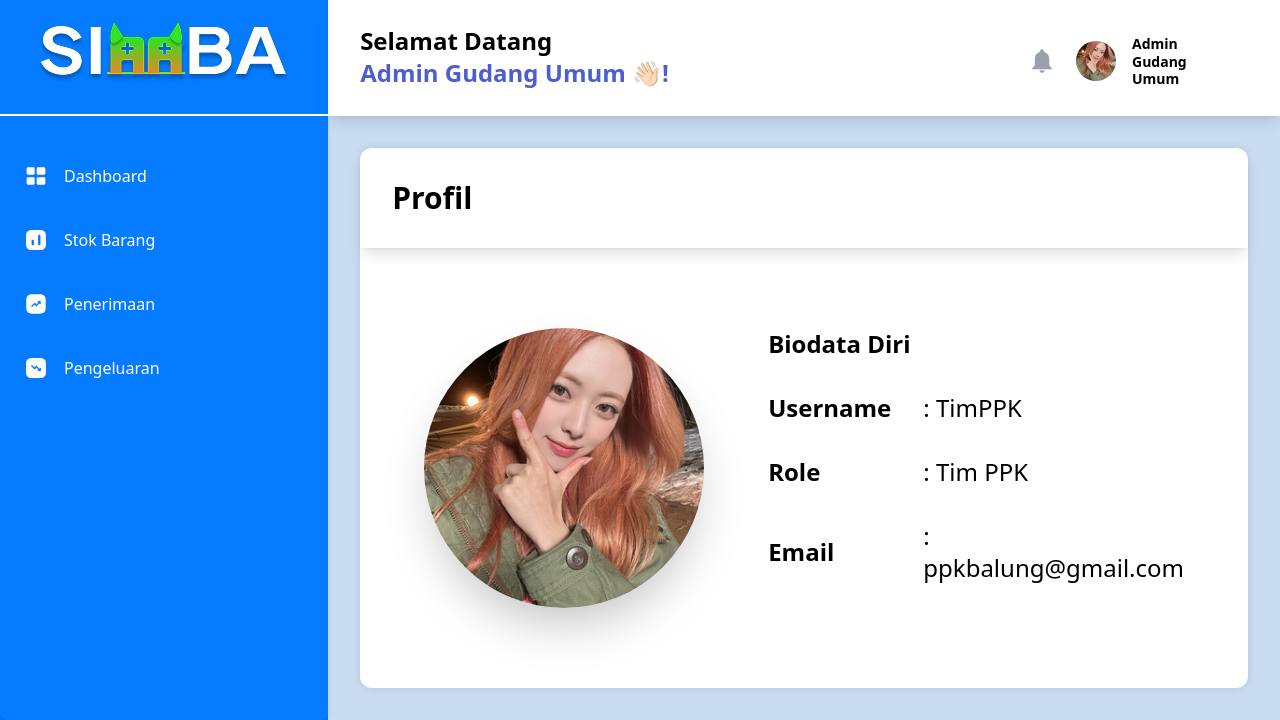
Repository: Gokerwow/inventory-fe
Page: /profil
The author's editor kept a copy of each file at every save. The page is drawn from the files as they stood at one save, then again after the next save.
The browser window is 1280 px wide. The pictures show the whole page.
The project was rebuilt for these pictures with package versions that can differ from the ones it lists, and the page was loaded fresh each time. Also part of the build but not shown: vite.config.ts, src/components/lineChart.tsx, src/pages/dashboard.tsx, src/pages/stokBarang.tsx, src/components/pagination.tsx, src/components/PenerimaanTable.tsx, src/components/RiwayatPenerimaanTable.tsx, src/pages/penerimaan.tsx and 8 more.

Above is the page before, as saved 2025-10-28 12:12:10.

### index.html
<!doctype html>
<html lang="en">
  <head>
    <meta charset="UTF-8" />
    <link rel="icon" type="image/svg+xml" href="/vite.svg" />
    <meta name="viewport" content="width=device-width, initial-scale=1.0" />
    <title>inventory-fe</title>
  </head>
  <body>
    <div id="root"></div>
    <script type="module" src="/src/main.tsx"></script>
  </body>
</html>

### src/main.tsx
import { StrictMode } from 'react'
import { createRoot } from 'react-dom/client'
import './index.css'
import App from './App.tsx'
import ErrorBoundary from './components/errorBoundary.tsx'
import { BrowserRouter } from 'react-router-dom'

createRoot(document.getElementById('root')!).render(
  <StrictMode>
    <ErrorBoundary>
      <BrowserRouter>
        <App />
      </BrowserRouter>
    </ErrorBoundary>
  </StrictMode>,
)

### src/App.tsx
import './App.css'
import { Routes, Route, Navigate } from 'react-router-dom'
import Layout from './components/layout'
import Dashboard from './pages/dashboard'
import StokBarang from './pages/stokBarang'
import Penerimaan from './pages/penerimaan'
import Pengeluaran from './pages/pengeluaran'
import Profil from './pages/profil'
import TambahPenerimaan from './pages/TambahPenerimaan'
import FormDataBarangBelanja from './pages/FormDataBarangBelanja'

function App() {
  return (
    <Routes>
      <Route path="/" element={<Layout />}>
        <Route index element={<Navigate to="/dashboard" replace />} />
        <Route path="dashboard" element={<Dashboard />} />
        <Route path="pencatatan-stok" element={<StokBarang />} />
        <Route path="penerimaan">
          <Route index element={<Penerimaan />} />
          <Route path="tambah/barang-belanja" element={<FormDataBarangBelanja />} />
          <Route path="tambah" element={<TambahPenerimaan />} />
          {/* <Route path="edit/:id" element={<EditPenerimaan />} />
          <Route path="detail/:id" element={<DetailPenerimaan />} /> */}
        </Route>
        <Route path="pengeluaran" element={<Pengeluaran />} />
        <Route path="profil" element={<Profil />} />
      </Route>
    </Routes>
  )
}

export default App

### src/components/errorBoundary.tsx
// components/ErrorBoundary.tsx
import { ErrorBoundary as ReactErrorBoundary } from 'react-error-boundary';
import { type ReactNode } from 'react';

function ErrorFallback({ error, resetErrorBoundary }: any) {
    return (
        <div className="min-h-screen flex items-center justify-center bg-gray-100">
            <div className="bg-white p-8 rounded-lg shadow-lg max-w-md w-full">
                <h2 className="text-2xl font-bold text-red-600 mb-4">
                    Oops! Terjadi Error
                </h2>
                <div className="bg-red-50 border border-red-200 rounded p-4 mb-4">
                    <p className="text-red-800 font-semibold">Error:</p>
                    <p className="text-red-600 text-sm mt-2">{error.message}</p>
                </div>
                <details className="mb-4">
                    <summary className="cursor-pointer text-gray-600 hover:text-gray-800">
                        Stack Trace
                    </summary>
                    <pre className="mt-2 text-xs bg-gray-50 p-2 rounded overflow-auto max-h-40">
                        {error.stack}
                    </pre>
                </details>
                <button
                    onClick={resetErrorBoundary}
                    className="w-full bg-blue-600 text-white py-2 px-4 rounded hover:bg-blue-700 transition"
                >
                    Coba Lagi
                </button>
            </div>
        </div>
    );
}

interface ErrorBoundaryProps {
    children: ReactNode;
}

export default function ErrorBoundary({ children }: ErrorBoundaryProps) {
    return (
        <ReactErrorBoundary
            FallbackComponent={ErrorFallback}
            onError={(error, errorInfo) => {
                // Log error ke console atau service logging (Sentry, LogRocket, dll)
                console.error('Error caught by boundary:', error, errorInfo);
            }}
            onReset={() => {
                // Reset state aplikasi jika perlu
                window.location.href = '/';
            }}
        >
            {children}
        </ReactErrorBoundary>
    );
}

### src/App.css
@import "tailwindcss";

/* For WebKit Browsers */
::-webkit-scrollbar {
  width: 12px;
}

/* Make the track transparent */
::-webkit-scrollbar-track {
  background: transparent;
}

/* Style the thumb */
::-webkit-scrollbar-thumb {
  background-color: rgba(0, 0, 0, 0.2); /* Semi-transparent black */
  border-radius: 10px;
  border: 3px solid transparent; /* Padding around thumb */
  background-clip: content-box;
}

/* On hover, make it more visible */
::-webkit-scrollbar-thumb:hover {
  background-color: rgba(0, 0, 0, 0.4);
}

/* For Firefox - a bit trickier to make it auto-hiding like WebKit */
/* This just provides a very subtle scrollbar */
html {
  scrollbar-width: thin;
  scrollbar-color: rgb(22, 161, 237) transparent;
}


body {
  background-color: #cadcf2;
}

### src/components/layout.tsx
// components/Layout.tsx
import { Outlet } from 'react-router-dom';
import SideBar from '../components/sidebar'
import TopBar from '../components/topBar'

function Layout() {
    return (
        <div className="flex h-screen fixed w-screen">
            <SideBar />
            <div className="flex flex-col flex-1 h-full">
                <TopBar />
                <div className="overflow-auto p-8 flex-1 relative">
                    <Outlet />
                </div>
            </div>
        </div>
    );
}

export default Layout;

### src/pages/profil.tsx
import PfpExample from '../assets/Pfp Example.jpeg';

function Profil() {
    return (
        <div className="bg-white shadow-[0_0_10px_rgba(0,0,0,0.1)] h-full rounded-xl flex flex-col gap-4">
            <h1 className="text-3xl font-bold p-8 shadow-lg">Profil</h1>
            <div className="bg-white rounded-lg p-8">
                <div className='flex'>
                    <div className='p-8'>
                        <div className='bg-white rounded-full w-70 h-70 flex items-center justify-center overflow-hidden shadow-2xl'>
                            <img src={PfpExample} alt="Profile Picture" className='w-full' />
                        </div>
                    </div>
                    <div className='text-2xl p-8 gap-8'>
                        <h1 className='font-bold'>Biodata Diri</h1>
                        <table className='border-separate border-spacing-y-8'>
                            <tr>
                                <td width="100"><strong>Username</strong></td>
                                <td className='pl-8'>: TimPPK</td>
                            </tr>
                            <tr>
                                <td><strong>Role</strong></td>
                                <td className='pl-8'>: Tim PPK</td>
                            </tr>
                            <tr>
                                <td><strong>Email</strong></td>
                                <td className='pl-8'>: ppkbalung@gmail.com</td>
                            </tr>
                        </table>
                    </div>
                </div>
            </div>
        </div>
    );
}

export default Profil;

### src/components/sidebar.tsx
import DashboardIcon from '../assets/DashboardIcon.svg?react';
import ChartIcon from '../assets/Chart.svg?react';
import PenerimaanIcon from '../assets/Penerimaan.svg?react';
import PengeluaranIcon from '../assets/Pengeluaran.svg?react';
import { NavLink } from 'react-router-dom';
import SimbaLogo from '../assets/logoSimbaDark.png';


export default function SideBar() {
    const menuItems = [
        { path: '/dashboard', icon: DashboardIcon, label: 'Dashboard' },
        { path: '/pencatatan-stok', icon: ChartIcon, label: 'Stok Barang' },
        { path: '/penerimaan', icon: PenerimaanIcon, label: 'Penerimaan' },
        { path: '/pengeluaran', icon: PengeluaranIcon, label: 'Pengeluaran' },
    ];

    return (
        <div className='w-[394px] h-full bg-[#057CFF]'>
            <div className="text-white flex flex-col h-full rounded-lg overflow-hidden shadow-md">
                <div className='flex justify-center items-center border-b-2 border-white'>
                    <img src={SimbaLogo} alt="Simba Logo" />
                </div>
                <ul className='flex flex-col gap-6 px-4 py-10 '>
                    {menuItems.map((item) => (
                        <li key={item.path}>
                            <NavLink
                                to={item.path}
                                className={({ isActive }) =>
                                    `flex items-center gap-4 p-2 rounded-md cursor-pointer transition-all duration-300 ${isActive
                                        ? 'bg-white/20 text-white translate-x-5'
                                        : ' text-white hover:bg-white/20 hover:text-white group hover:translate-x-5'
                                    }`
                                }
                            >
                                {({ isActive }) => (
                                    <>
                                        <item.icon
                                            className={`w-6 h-6 fill-current transition-colors ${isActive
                                                ? 'text-white'
                                                : 'text-white group-hover:text-white'
                                                }`}
                                        />
                                        <span>{item.label}</span>
                                    </>
                                )}
                            </NavLink>
                        </li>
                    ))}

                </ul>
            </div>
        </div>
    );
}

### src/components/topBar.tsx
import NotifIcon from '../assets/Notification.png';
import PfpExample from '../assets/Pfp Example.jpeg';
import { NavLink } from 'react-router-dom';


export default function TopBar() {
    return (
        <div className="w-full flex items-center justify-between bg-white shadow-lg z-50 h-29 border-b-2 border-white px-8">
            <div className='overflow-hidden flex h-20 items-stretch flex-1 justify-between'>
                <div className='text-2xl font-bold h-full flex flex-col justify-center'>
                    <p className=''>Selamat Datang</p>
                    <p className=' text-[#4D5ED1]'>Admin Gudang Umum 👋🏻!</p>
                </div>
                <NavLink to={'/profil'}>
                    <div className='flex items-center justify-center gap-4 px-4 py-4.5 cursor-pointer hover:bg-gray-200 transition-all duration-200'>
                        <div className='bg-white rounded-full w-9 h-9 flex items-center justify-center'>
                            <img src={NotifIcon} alt="Notification Icon" className='h-6' />
                        </div>
                        <div className='flex items-center gap-4'>
                            <div className='bg-white rounded-full w-10 h-10 flex items-center justify-center overflow-hidden'>
                                <img src={PfpExample} alt="Profile Picture" className='w-full' />
                            </div>
                            <span className='max-w-[100px] break-words leading-tight font-semibold text-sm'>Admin Gudang Umum</span>
                        </div>
                    </div>
                </NavLink>
            </div>
        </div>
    )
}

Loaded but not shown: src/index.css (common file)

After the next save:
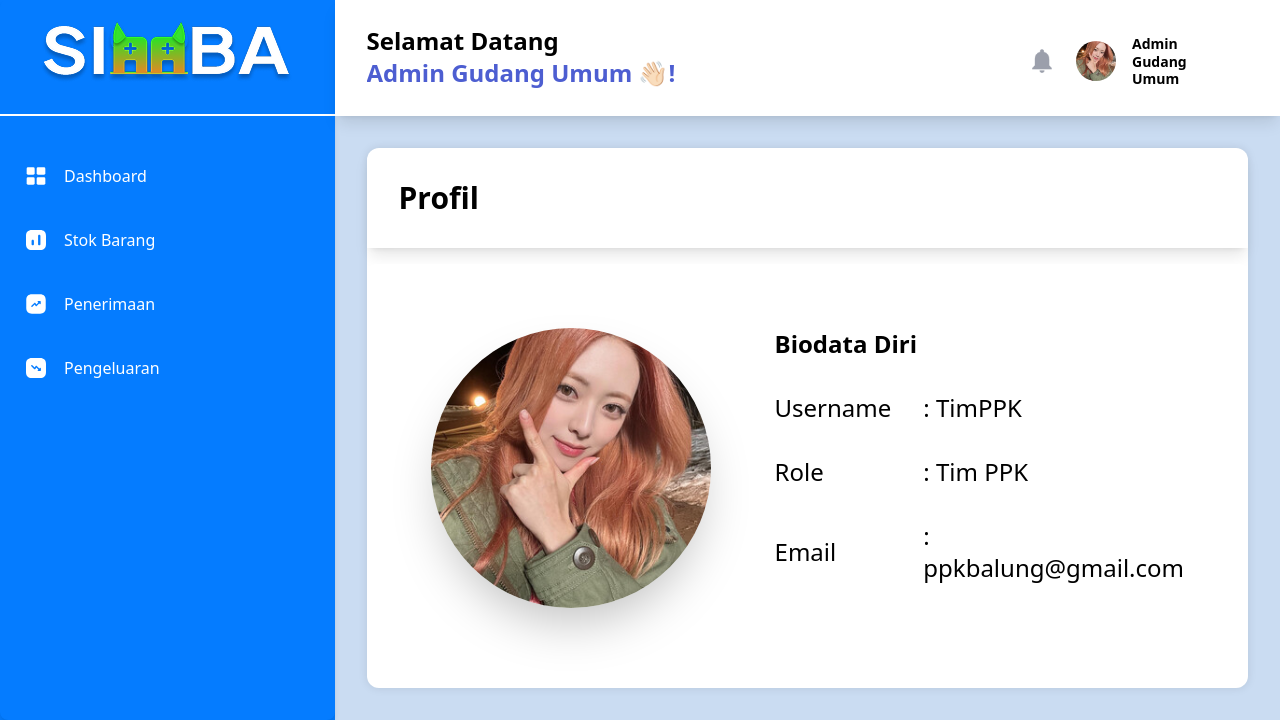
Saved 55 s later.
--- a/src/pages/profil.tsx
+++ b/src/pages/profil.tsx
@@ -15,15 +15,15 @@ function Profil() {
                         <h1 className='font-bold'>Biodata Diri</h1>
                         <table className='border-separate border-spacing-y-8'>
                             <tr>
-                                <td width="100"><strong>Username</strong></td>
+                                <td width="100">Username</td>
                                 <td className='pl-8'>: TimPPK</td>
                             </tr>
                             <tr>
-                                <td><strong>Role</strong></td>
+                                <td>Role</td>
                                 <td className='pl-8'>: Tim PPK</td>
                             </tr>
                             <tr>
-                                <td><strong>Email</strong></td>
+                                <td>Email</td>
                                 <td className='pl-8'>: ppkbalung@gmail.com</td>
                             </tr>
                         </table>
